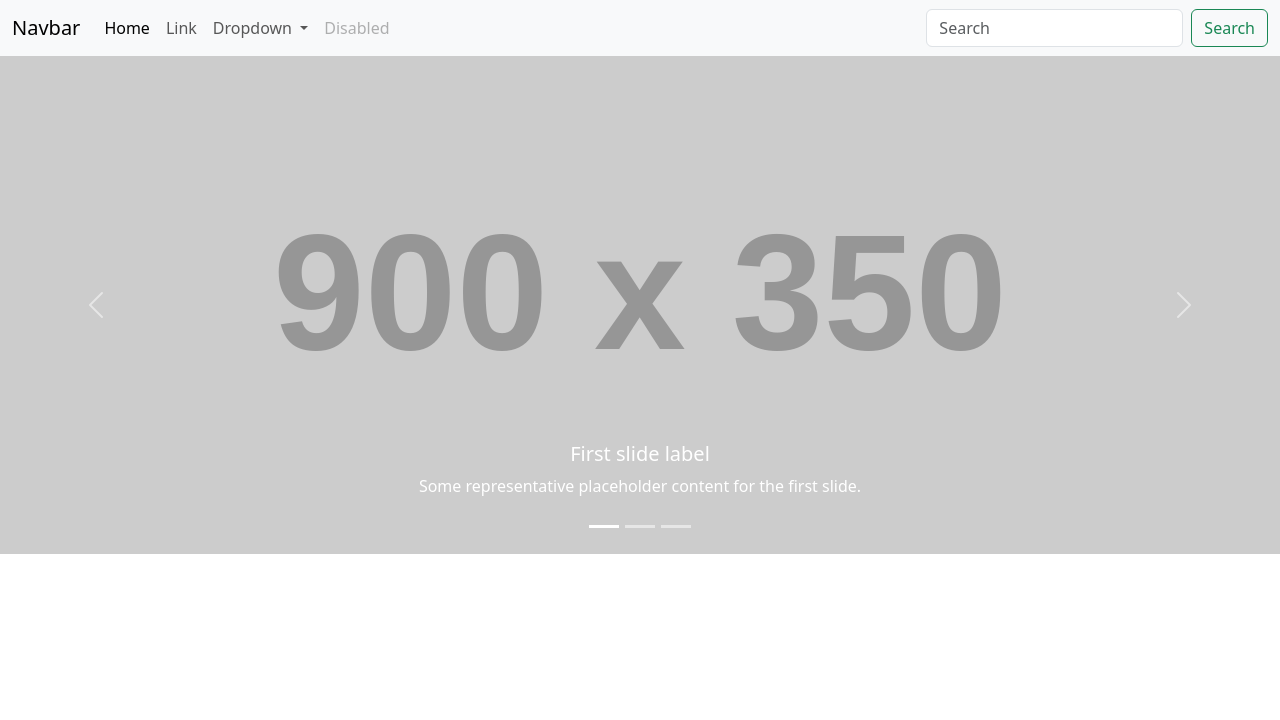
Repository: Soyeonthdus/workspace_java
Page: http://localhost/chat221228/bootstrap5/navbar/step1.jsp
An editor plug-in stored every save of this project. The page is shown before and after the next save, followed by the edit.
The browser window is 1280 px wide. The pictures show the whole page.
The page is served by Tomcat 9. Other server files are loaded and not shown.

Above is the page before, as saved 2023-02-10 07:26:06.

### chat221228/src/main/webapp/bootstrap5/navbar/step1.jsp
<%@ page language="java" contentType="text/html; charset=UTF-8"
    pageEncoding="UTF-8"%>
<!DOCTYPE html>
<html>
<head>
<meta charset="UTF-8">
<title>Insert title here</title>
<%@include file = "../../common/bootstrapCommon.jsp" %>
</head>
<body>
<!-- ====================[[Navbar start]]=========================== -->
<nav class="navbar navbar-expand-lg bg-body-tertiary">
  <div class="container-fluid">
    <a class="navbar-brand" href="#">Navbar</a>
    <button class="navbar-toggler" type="button" data-bs-toggle="collapse" data-bs-target="#navbarSupportedContent" aria-controls="navbarSupportedContent" aria-expanded="false" aria-label="Toggle navigation">
      <span class="navbar-toggler-icon"></span>
    </button>
    <div class="collapse navbar-collapse" id="navbarSupportedContent">
      <ul class="navbar-nav me-auto mb-2 mb-lg-0">
        <li class="nav-item">
          <a class="nav-link active" aria-current="page" href="#">Home</a>
        </li>
        <li class="nav-item">
          <a class="nav-link" href="#">Link</a>
        </li>
        <li class="nav-item dropdown">
          <a class="nav-link dropdown-toggle" href="#" role="button" data-bs-toggle="dropdown" aria-expanded="false">
            Dropdown
          </a>
          <ul class="dropdown-menu">
            <li><a class="dropdown-item" href="#">Action</a></li>
            <li><a class="dropdown-item" href="#">Another action</a></li>
            <li><hr class="dropdown-divider"></li>
            <li><a class="dropdown-item" href="#">Something else here</a></li>
          </ul>
        </li>
        <li class="nav-item">
          <a class="nav-link disabled">Disabled</a>
        </li>
      </ul>
      <form class="d-flex" role="search">
        <input class="form-control me-2" type="search" placeholder="Search" aria-label="Search">
        <button class="btn btn-outline-success" type="submit">Search</button>
      </form>
    </div>
  </div>
</nav>
<!-- ====================[[Navbar end]]=========================== -->
<!-- ====================[[carousel start]]=========================== -->
<div id="carouselExampleCaptions" class="carousel slide">
  <div class="carousel-indicators">
    <button type="button" data-bs-target="#carouselExampleCaptions" data-bs-slide-to="0" class="active" aria-current="true" aria-label="Slide 1"></button>
    <button type="button" data-bs-target="#carouselExampleCaptions" data-bs-slide-to="1" aria-label="Slide 2"></button>
    <button type="button" data-bs-target="#carouselExampleCaptions" data-bs-slide-to="2" aria-label="Slide 3"></button>
  </div>
  <div class="carousel-inner">
    <div class="carousel-item active">
      <img src="https://via.placeholder.com/900x350 " class="d-block w-100" alt="..." >
      <div class="carousel-caption d-none d-md-block">
        <h5>First slide label</h5>
        <p>Some representative placeholder content for the first slide.</p>
      </div>
    </div>
    <div class="carousel-item">
      <img src="https://via.placeholder.com/900x350 " class="d-block w-100" alt="...">
      <div class="carousel-caption d-none d-md-block">
        <h5>Second slide label</h5>
        <p>Some representative placeholder content for the second slide.</p>
      </div>
    </div>
    <div class="carousel-item">
      <img src="https://via.placeholder.com/900x350 " class="d-block w-100" alt="...">
      <div class="carousel-caption d-none d-md-block">
        <h5>Third slide label</h5>
        <p>Some representative placeholder content for the third slide.</p>
      </div>
    </div>
  </div>
  <button class="carousel-control-prev" type="button" data-bs-target="#carouselExampleCaptions" data-bs-slide="prev">
    <span class="carousel-control-prev-icon" aria-hidden="true"></span>
    <span class="visually-hidden">Previous</span>
  </button>
  <button class="carousel-control-next" type="button" data-bs-target="#carouselExampleCaptions" data-bs-slide="next">
    <span class="carousel-control-next-icon" aria-hidden="true"></span>
    <span class="visually-hidden">Next</span>
  </button>
</div>
<!-- ====================[[carousel end]]=========================== -->
</body>
</html>

### chat221228/src/main/webapp/common/bootstrapCommon.jsp
<link rel="stylesheet" href="	https://cdn.jsdelivr.net/npm/bootstrap@5.3.0-alpha1/dist/css/bootstrap.min.css"></link>
<script src="https://cdn.jsdelivr.net/npm/bootstrap@5.3.0-alpha1/dist/js/bootstrap.bundle.min.js"></script>

After the next save:
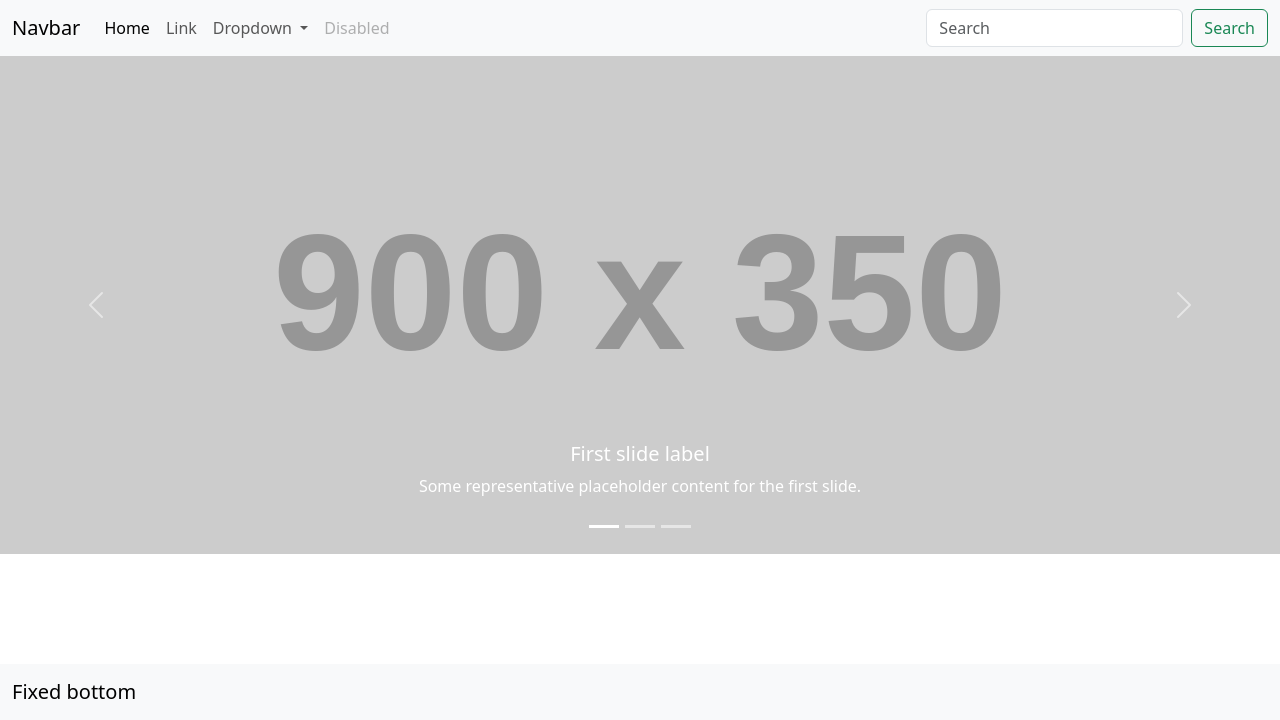
Saved 3 min 52 s later.
--- a/chat221228/src/main/webapp/bootstrap5/navbar/step1.jsp
+++ b/chat221228/src/main/webapp/bootstrap5/navbar/step1.jsp
@@ -86,5 +86,12 @@
   </button>
 </div>
 <!-- ====================[[carousel end]]=========================== -->
+<!-- ====================[[footer start]]=========================== -->
+<nav class="navbar fixed-bottom bg-body-tertiary">
+  <div class="container-fluid">
+    <a class="navbar-brand" href="#">Fixed bottom</a>
+  </div>
+</nav>
+<!-- ====================[[footer end]]=========================== -->
 </body>
 </html>
